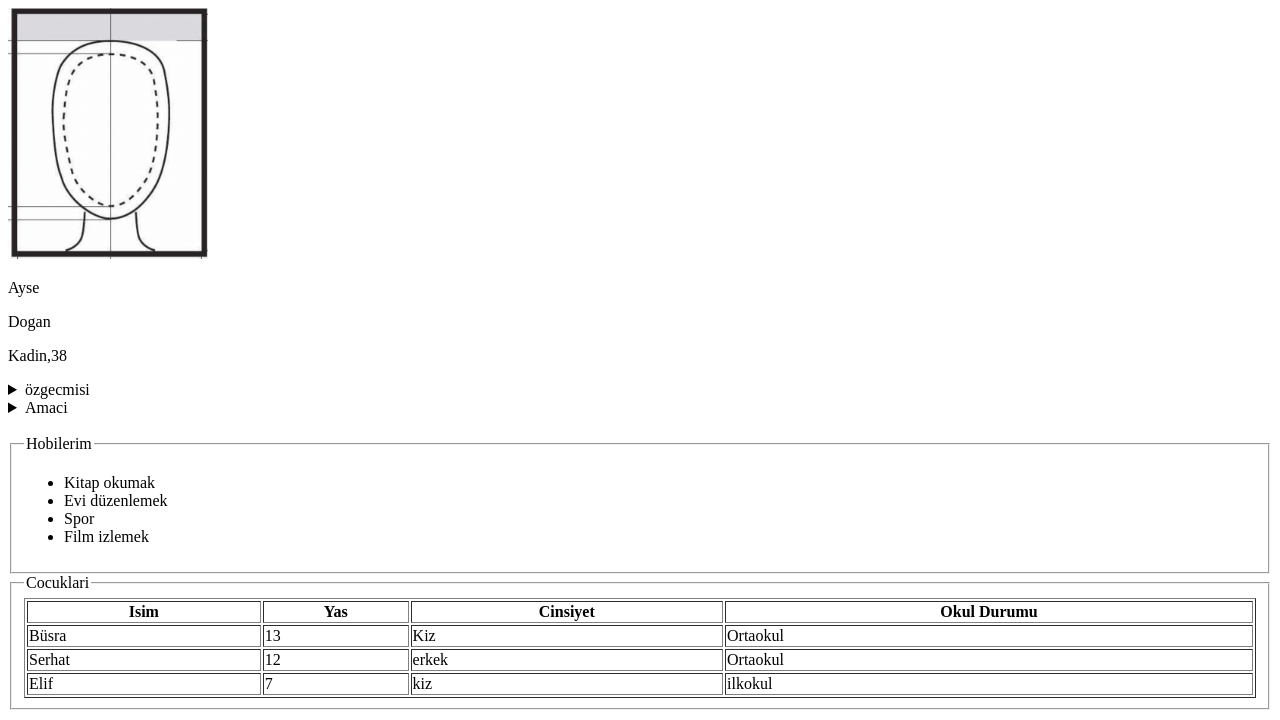
Repository: aysedo/html
Page: Week_2/profile/index.html
These files come from the project's save history. The page is drawn as it stood at one moment and after the next save; the edit follows.
The browser window is 1280 px wide. The pictures show the whole page.

Above is the page before, as saved 2021-08-25 23:43:16.

### Week_2/profile/index.html
<!DOCTYPE html>
<html lang="en">
  <head>
    <meta charset="UTF-8" />
    <meta http-equiv="X-UA-Compatible" content="IE=edge" />
    <meta name="viewport" content="width=device-width, initial-scale=1.0" />
    <title>Profil ödevi</title>
  </head>
  </body>
    <img src="./ornek.png" width="200" alt="bos cerceve">
          <p> Ayse </p>
          <p> Dogan </p>
          <p> Kadin,38 </p>
          <details>
            <summary>özgecmisi</summary>
            <pre>
                  1996-1999  Oberstufe
                  1999-2001  Coiffeurfachschule
                  2001-2010  Sonova Ag
                  2011-2012  Belimo
                  2012       Coop Megastore Volkiland
                  2021       Coop to go oerlikon
            </pre>
          </details>
            <details>
            <summary> Amaci </summary>
            <pre>
              Bu kurs ile cok iyi bir programci olup, bir is bulmayi amacliyorum.<br/>
               IT alaninda programcilara cok ihtiyac olundugunu biliyorum hedefim kursu basariyla bitirmek.
            </pre>
            </details>
            <br/>
              <fieldset>
                <legend>Hobilerim</legend>
                <ul>
                  <li>Kitap okumak</li>
                  <li>Evi düzenlemek</li>
                  <li>Spor</li>
                  <li>Film izlemek</li>
                </ul>
              </fieldset>
              <fieldset>
                <legend> Cocuklari</legend>
                <table border="1" width="100%">
                  <th> Isim </th>
                  <th> Yas </th>
                  <th> Cinsiyet</th>
                  <th>Okul Durumu</th>
                  <tr>
                    <td>Büsra</td>
                    <td>13</td>
                    <td>Kiz</td>
                    <td>Ortaokul</td>
                  </tr>
                  <tr>
                    <td> Serhat </td>
                    <td> 12 </td>
                    <td> erkek </td>
                    <td> Ortaokul</td>
                  </tr>
                  <tr>
                    <td> Elif </td>
                    <td> 7 </td>
                    <td> kiz </td>
                    <td> ilkokul </td>
                  </tr>
                </table>
              </fieldset>
 </body>
</html>

After the next save:
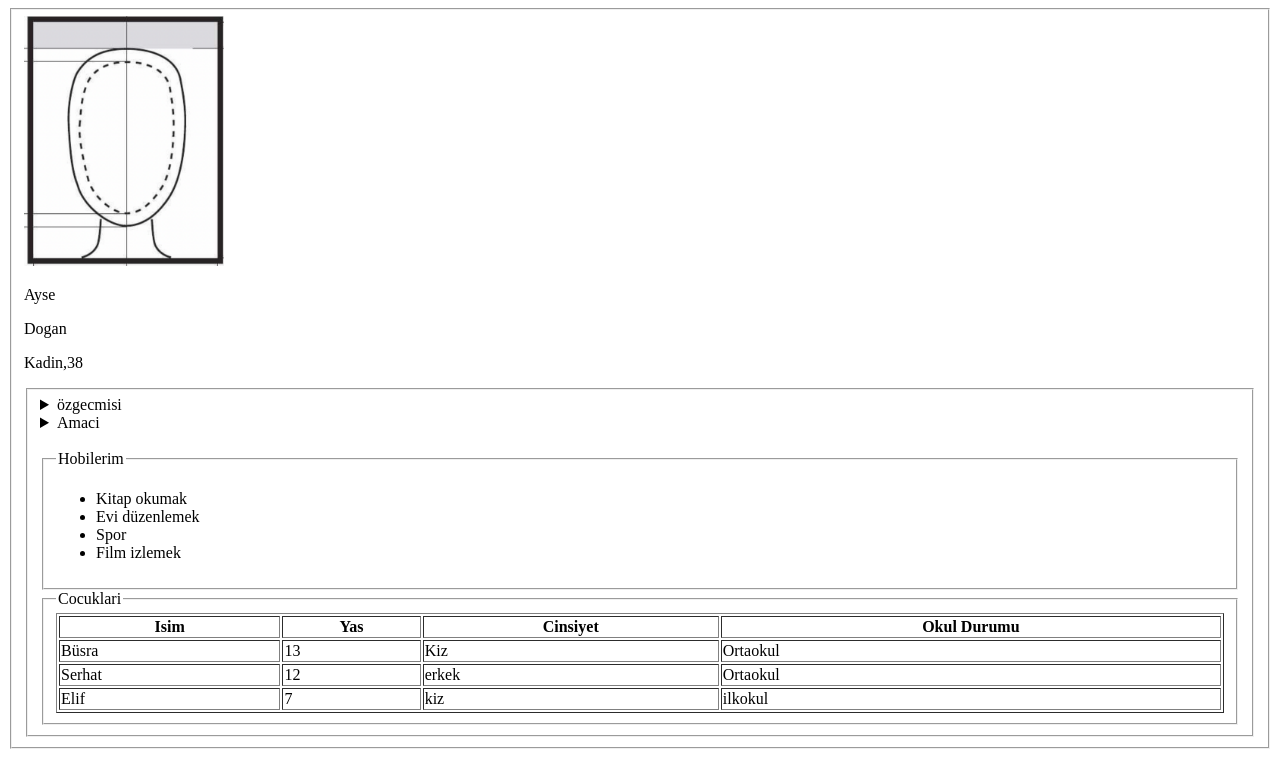
Saved 8 min 4 s later.
--- a/Week_2/profile/index.html
+++ b/Week_2/profile/index.html
@@ -7,10 +7,12 @@
     <title>Profil ödevi</title>
   </head>
   </body>
+  <fieldset>
     <img src="./ornek.png" width="200" alt="bos cerceve">
           <p> Ayse </p>
           <p> Dogan </p>
           <p> Kadin,38 </p>
+          <fieldset/>
           <details>
             <summary>özgecmisi</summary>
             <pre>
